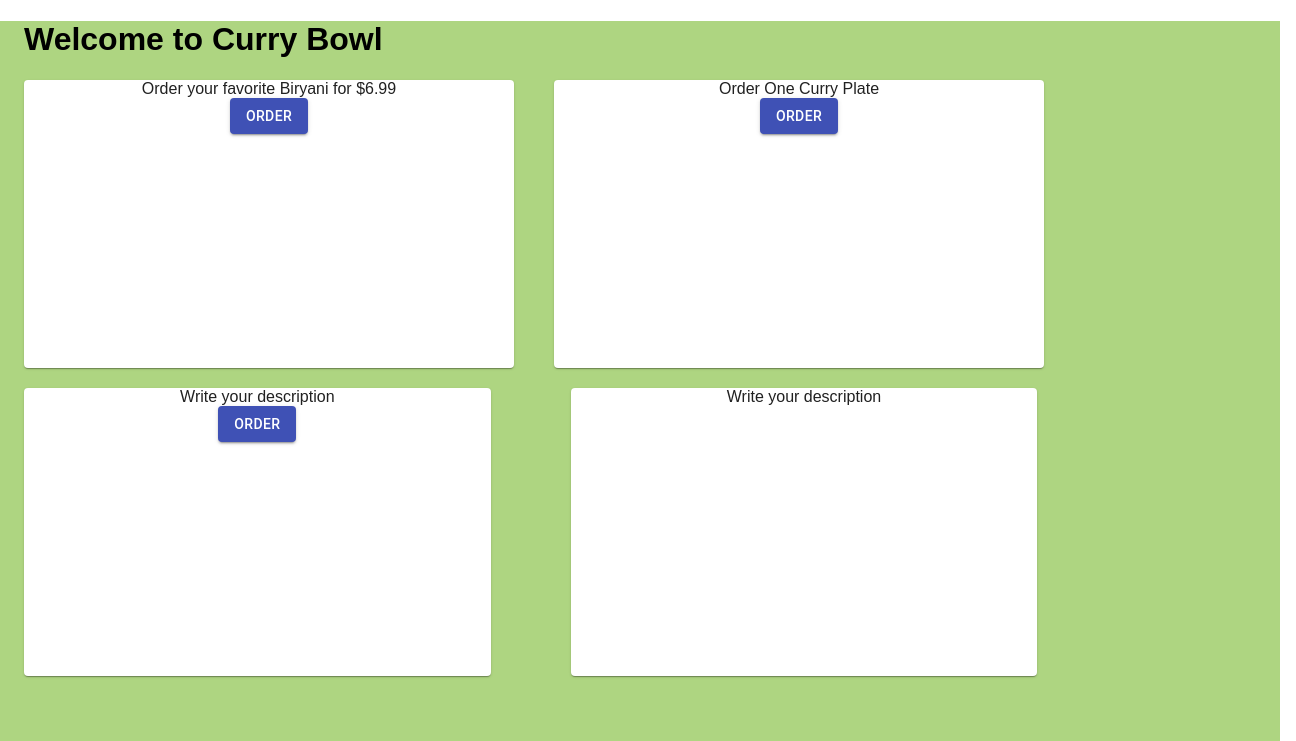
Repository: appikonda/food-order
Page: /
An editor plug-in stored every save of this project. The page is shown before and after the next save, followed by the edit.
The browser window is 1280 px wide. The page is 1296 px wide, then 1280 px, so the pictures cover 1296 px, including what lies to the right of the window. The pictures show the whole page.
The project was rebuilt for these pictures with package versions that can differ from the ones it lists, and the page was loaded fresh each time. Also part of the build but not shown: webpack.config.js, src/App.css.

Above is the page before, as saved 2019-08-16 11:09:51.

### src/App.js
import React, { Component } from 'react';
import logo from './logo.svg';
import './App.css';
import OrderFood from './OrderFood.jsx'
class App extends Component {
  render() {
    return (
      <div>

           <OrderFood/>


    </div>
    );
  }
}

export default App;

### src/OrderFood.jsx
import React, { Component } from 'react';
import Container from '@material-ui/core/Container';
import Grid from '@material-ui/core/Grid';
import Button from '@material-ui/core/Button';
import Dialog from '@material-ui/core/Dialog';
import DialogContent from '@material-ui/core/DialogContent';
//import DialogTitle from '@material-ui/core/DialogTitle';
import Paper from '@material-ui/core/Paper';
import Iframe from 'react-iframe';
//import Divider from '@material-ui/core/Divider';
import AppBar from '@material-ui/core/AppBar';
import Toolbar from '@material-ui/core/Toolbar';
import IconButton from '@material-ui/core/IconButton';
import Typography from '@material-ui/core/Typography';
import CloseIcon from '@material-ui/icons/Close';
//import Slide from '@material-ui/core/Slide';

class OrderFood extends Component {
  constructor(props) {
    super(props);
    this.state ={
      showDialog: false
    }
  }


  render() {
    if (this.state.showDialog){
      return(
        <div>
        {this.renderSearchDialog()}
        </div>
      )
    }else{
      return (
        <div >
        <Container  fixed style={{ backgroundColor: '#aed581', height: '100vh' }}>
        <h1>Welcome to Curry Bowl</h1>
        {this.renderGridOptions()}
        </Container>
          </div>
      );
    }

  }
//One for biryani orders // 6.99
//One for one curry options// 5.99/
//One for 2 curry options //6.99
//One for full plate options //8.99

renderGridOptions(){

  return (
    <div >
     <Grid container spacing={5}>
        <Grid item xs={6} sm={5}  >
          <Paper style={{  textAlign: 'center',  color: '#212121', height: '40vh'  }}>
              Order your favorite Biryani for $6.99
             <br/>
             <Button variant="contained" color="primary" onClick={this.showSearchDiaglog.bind(this)}>
        Order
      </Button>

          </Paper>
        </Grid>
        <Grid item xs={6} sm={5} >
          <Paper style={{  textAlign: 'center',  color: '#212121', height: '40vh'  }}>
             Order One Curry Plate
            <br/>
            <Button variant="contained" color="primary" onClick={this.showSearchDiaglog.bind(this)}>
        Order
      </Button>

          </Paper>
        </Grid>


  </Grid>
  <Grid container spacing={10}>

        <Grid item xs={6} sm={5}  >
          <Paper style={{  textAlign: 'center',  color: '#212121', height: '40vh'  }}>
             Write your description
             <br/>
             <Button variant="contained" color="primary" onClick={this.showSearchDiaglog.bind(this)}>
        Order
      </Button>

          </Paper>
        </Grid>
        <Grid item xs={6} sm={5} >
          <Paper style={{  textAlign: 'center',  color: '#212121', height: '40vh'  }}>
             Write your description

          </Paper>
        </Grid>


  </Grid>
   </div>
  );

}



showSearchDiaglog() {
  this.setState({ showDialog: true });
}
hideSearchDialog() {
  this.setState({ showDialog: false });
}

renderSearchDialog(){
  return (
    <Dialog fullScreen
      disableBackdropClick
      disableEscapeKeyDown
      open={this.state.showDialog}
      aria-labelledby="search-employee-form"      fullWidth
      onClose={this.hideSearchDialog.bind(this)}
    >
       <AppBar >
          <Toolbar>
            <IconButton edge="start" color="inherit" onClick={this.hideSearchDialog.bind(this)} aria-label="close">
              <CloseIcon />
            </IconButton>
            <Typography variant="h6">
              Order
            </Typography>
          </Toolbar>
        </AppBar>



      <Iframe url="https://docs.google.com/forms/d/e/1FAIpQLSdyKr7HLqYcw9uLIflgbRmy-7WHtb8fDuJuym8K5pYcW45q3g/viewform"
      width="100%"
      height="100%"
      allowFullScreen
        id="myId"
        className="myClassname"
        display="initial"
        position="relative"/>




    </Dialog>
  )
}

}

export default OrderFood;

Loaded but not shown: public/index.html (common file); src/index.js (common file); src/index.css (common file)

After the next save:
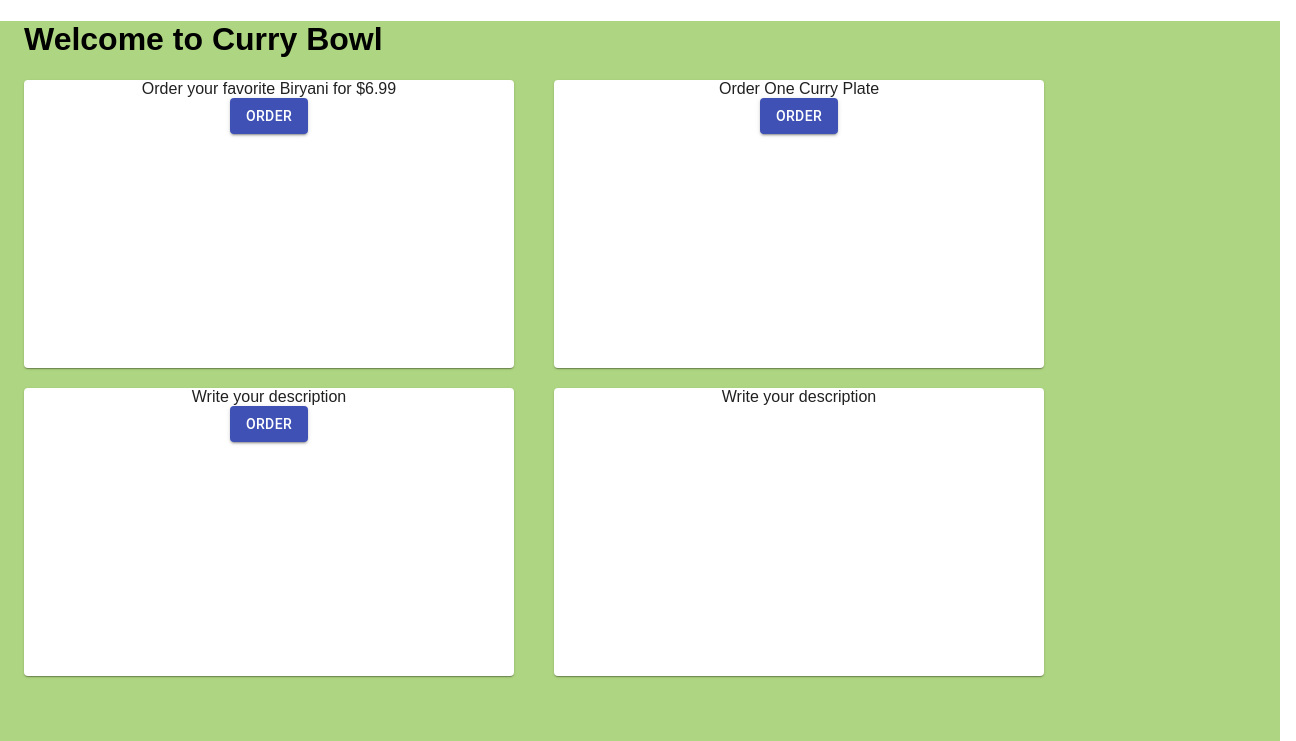
Saved 13 s later.
--- a/src/OrderFood.jsx
+++ b/src/OrderFood.jsx
@@ -76,7 +76,7 @@ renderGridOptions(){
 
 
   </Grid>
-  <Grid container spacing={10}>
+  <Grid container spacing={5}>
 
         <Grid item xs={6} sm={5}  >
           <Paper style={{  textAlign: 'center',  color: '#212121', height: '40vh'  }}>
